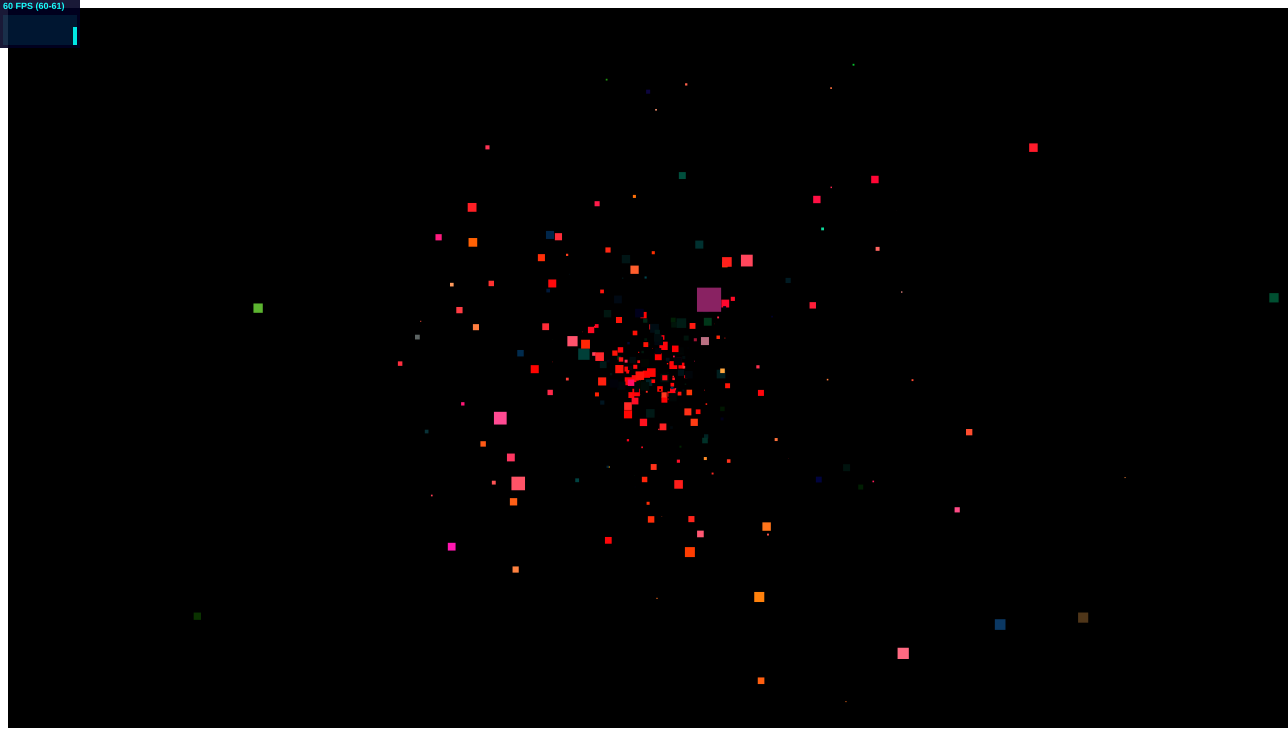
Repository: jocarsa/ThreeJSVJ
Page: index19.html
The author's editor kept a record of every edit. The page is drawn from the files as they stood at one moment, then again after the next edit.
The browser window is 1280 px wide. The page is 1288 px wide, so the pictures cover 1288 px, including what lies to the right of the window. The pictures show the whole page.

Above is the page before.

After the next edit:
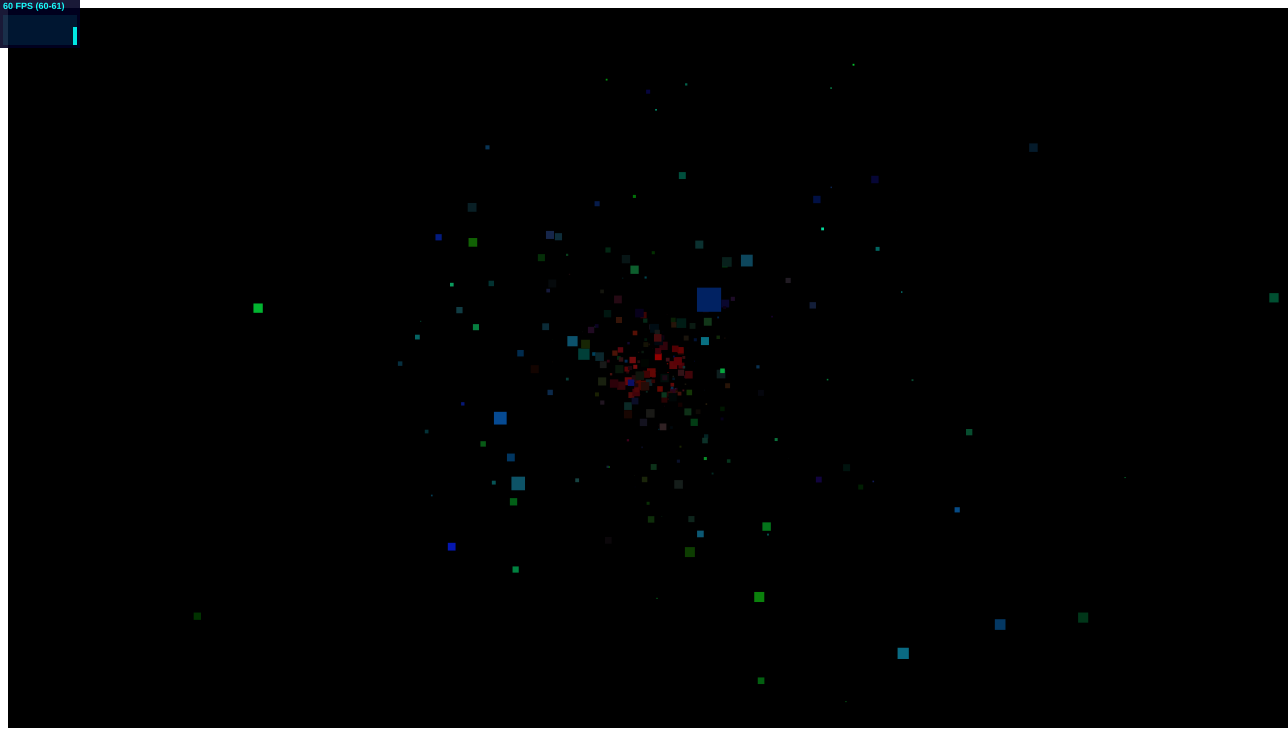
The edit:
--- a/index19.html
+++ b/index19.html
@@ -63,7 +63,7 @@
 			        group.children[j].position.y *= multiplicador
 			        group.children[j].position.z *= multiplicador
 			        //group.children[j].material.color *= multiplicamaterial;
-			        group.children[j].material.color['r'] *= 1.2
+			        group.children[j].material.color['r'] *= 1.01
 			        group.children[j].material.color['g'] *= 0.99
 			        group.children[j].material.color['b'] *= 0.99
 
